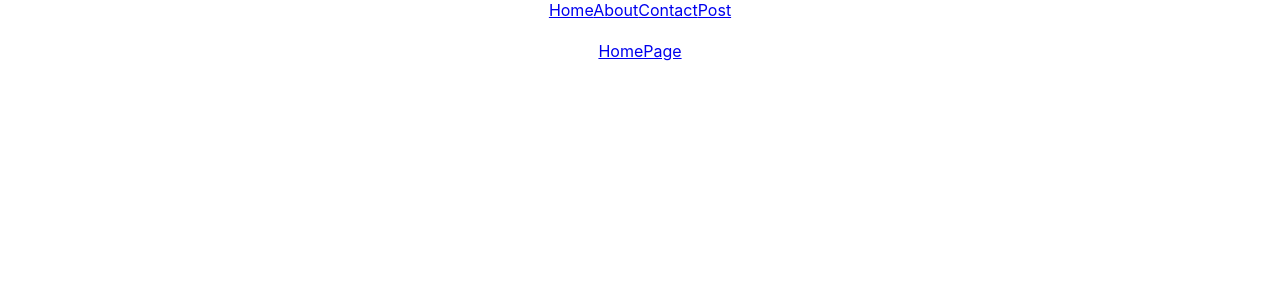
Repository: khoibanh113/reactBT
Page: /post/1 (app in testrouter/)
These files come from the project's save history. The page is drawn as it stood at one moment and after the next save; the edit follows.
The browser window is 1280 px wide. The pictures show the whole page.
The page's requests for data from a server got no answer. The project was rebuilt for these pictures with package versions that can differ from the ones it lists, and the page was loaded fresh each time. No one was signed in, and anything a server would have sent is missing. Also part of the build but not shown: testrouter/src/components/home.js, testrouter/src/components/about.js, testrouter/src/components/contact.js, testrouter/src/components/noMatch.js, testrouter/src/components/post.js.

Above is the page before, as saved 2021-01-26 08:28:30.

### testrouter/src/App.js
import './App.css';
import { BrowserRouter as Router, Route,NavLink,Switch, Redirect  } from 'react-router-dom'
import Home from './components/home.js';
import About from './components/about.js';
import Contact from './components/contact.js';
import NoMatch from './components/noMatch.js';
import Post from './components/post.js';
import Child from './components/child.js'
function App() {
  return (
    <div className="App">
      <Router>
        <div>
          <nav>
            <NavLink to="/"  >Home</NavLink>
            <NavLink to="/about"  >About</NavLink>
            <NavLink to="/contact"  >Contact</NavLink>
            <NavLink to="/post" >Post</NavLink>
          </nav>
          <Switch>
            <Route exact path='/' component={Home} />
            <Route path='/about' component={About} />
            <Route path='/contact' component={Contact} />
            <Route exact path='/post' component={Post} />
            <Route path='/post/:id' component={Child} />
            <Route><NoMatch/></Route>
          </Switch>
        </div>
      </Router>




    </div>
  );
}

export default App;

### testrouter/src/components/child.js
import React,{useEffect , useState} from 'react'
import { BrowserRouter as Router, Route,Link,Switch, Redirect  } from 'react-router-dom'
import Home from './home.js';


function Post({match}) {

    useEffect(()=>{
        fetchItem();
        // console.log(match)
    },[]);

    const [item,setItem] = useState({
        item:{
            name:'',
            images:{
                icon:'',
            }
        },
    });

    const fetchItem = async () =>{
        const fetchItem = await fetch(`https://fortnite-api.theapinetwork.com/item/get?id=${match.params.id}`);

        const item = await fetchItem.json();
        console.log(item.data);
        setItem(item.data);
    }

    return(
        <div>
            <h1>{item.item.name}</h1>
            <img src={item.item.images.icon} alt="" />
            <Link to="/" >HomePage</Link>
        </div>
    )
  }

export default Post;

Loaded but not shown: testrouter/public/index.html (common file); testrouter/src/index.js (common file); testrouter/src/index.css (common file); testrouter/src/reportWebVitals.js (common file); testrouter/src/App.css (common file)

After the next save:
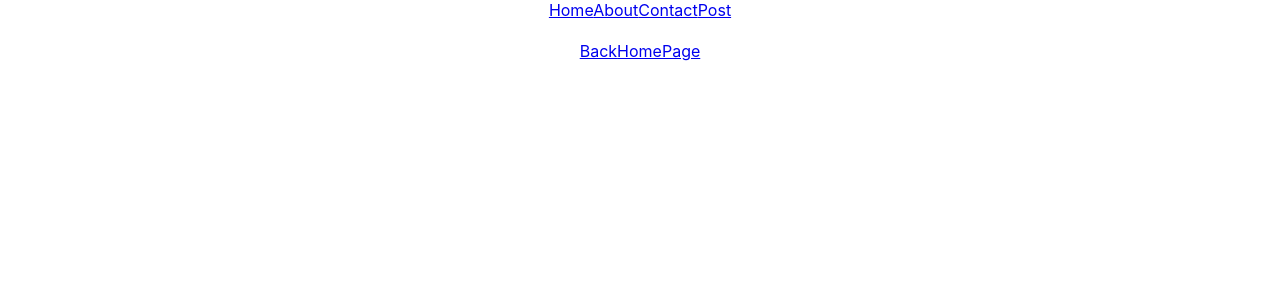
Saved 50 s later.
--- a/testrouter/src/components/child.js
+++ b/testrouter/src/components/child.js
@@ -31,6 +31,7 @@ function Post({match}) {
         <div>
             <h1>{item.item.name}</h1>
             <img src={item.item.images.icon} alt="" />
+            <Link to="/Post" >Back</Link>
             <Link to="/" >HomePage</Link>
         </div>
     )
